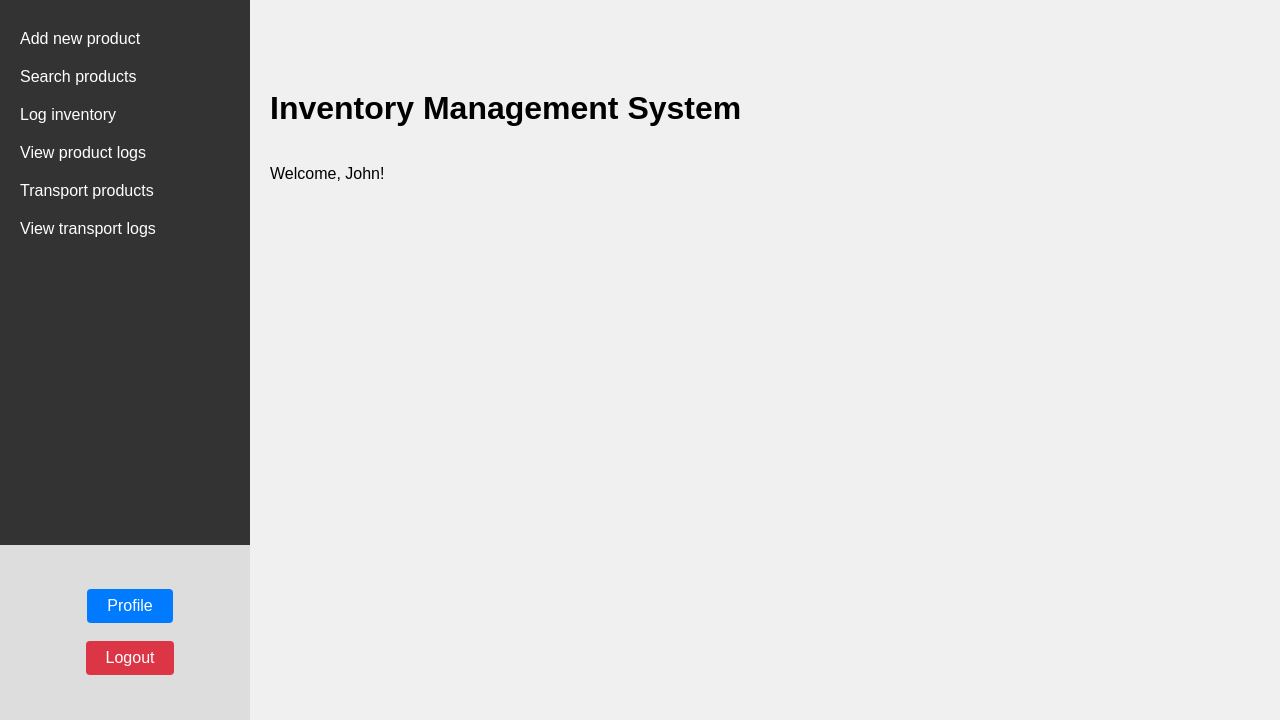
Repository: Warspinix/Flask-Web-Applications
Page: http://localhost/dashboard
The author's editor kept a copy of each file at every save. The page is drawn from the files as they stood at one save, then again after the next save.
The browser window is 1280 px wide. The pictures show the whole page.
The pointer rests on the first visible `.profile-logout a.btn-primary`.
The page is served by the project's application, run on Flask 3 (app.py). The session is filled in as if someone had signed in: {"user_id": 1, "first_name": "John"}.

Above is the page before, as saved 2024-06-13 22:37:53.

### templates/dashboard.html
<!-- dashboard.html -->

<!DOCTYPE html>
<html>

<head>
    <title>Inventory Management System</title>
    <link rel="stylesheet" type="text/css" href="{{ url_for('static', filename='style.css') }}">
</head>

<body>
    <div class="container">
        <!-- Navigation Bar -->
        <nav class="navbar" id="navbar">
            <div class="navbar-container">
                <!-- Functionality list -->
                <ul class="navbar-menu" id="menu">
                    <li><a href="{{ url_for('add_product') }}">Add new product</a></li>
                    <li><a href="{{ url_for('search_products') }}">Search products</a></li>
                    <li><a href="{{ url_for('log_inventory') }}">Log inventory</a></li>
                    <li><a href="{{ url_for('view_product_logs') }}">View product logs</a></li>
                    <li><a href="{{ url_for('transport_products') }}">Transport products</a></li>
                    <li><a href="{{ url_for('view_transport_logs') }}">View transport logs</a></li>
                </ul>

                <div class="profile-logout">
                    <a href="{{ url_for('profile') }}" class="btn btn-primary">Profile</a><br>
                    <a href="{{ url_for('logout') }}" class="btn btn-danger">Logout</a>
                </div>
            </div>
        </nav>
        <div class="content">
            <h1>Inventory Management System</h1>

            <!-- Welcome message -->
            <p>Welcome, {{ first_name }}!</p>
        </div>
    </div>
</body>

</html>

### app.py
from flask import Flask, render_template, redirect, url_for, flash, session
import flask_mysqldb
from flask_wtf import FlaskForm
from wtforms import StringField, PasswordField, SubmitField, IntegerField, SelectField
from wtforms.validators import DataRequired, NumberRange, Optional
import os
import datetime
from flask_bcrypt import Bcrypt

secret_key = os.urandom(24).hex()

app = Flask(__name__)
app.config["SECRET_KEY"] = secret_key
app.config["MYSQL_HOST"] = "localhost"
app.config["MYSQL_USER"] = "root"
app.config["MYSQL_PASSWORD"] = ""
app.config["MYSQL_DB"] = "inventory"

bcrypt = Bcrypt(app)

mysql = flask_mysqldb.MySQL(app)

class RegistrationForm(FlaskForm):
    email = StringField("Email", validators=[DataRequired()])
    first_name = StringField("First Name", validators=[DataRequired()])
    last_name = StringField("Last Name", validators=[DataRequired()])
    password = PasswordField("Password", validators=[DataRequired()])
    submit = SubmitField("Register")

class LoginForm(FlaskForm):
    user_id = StringField("User ID", validators=[DataRequired()])
    password = PasswordField("Password", validators=[DataRequired()])
    submit = SubmitField("Login")

class AddProductForm(FlaskForm):
    product_name = StringField("Product Name", validators=[DataRequired()])
    submit = SubmitField("Add Product")

class SearchForm(FlaskForm):
    search_by = StringField("Search by", validators=[DataRequired()])
    search_term = StringField("Search term", validators=[DataRequired()])
    submit = SubmitField("Search")

class AddToInventoryForm(FlaskForm):
    product_id = StringField("Product ID", validators=[DataRequired()])
    quantity_added = StringField("Quantity to add", validators=[DataRequired()])
    submit = SubmitField("Add to Inventory")

from flask_wtf import FlaskForm
from wtforms import SelectField, StringField, SubmitField
from wtforms.validators import DataRequired, Optional

class ViewProductLogsForm(FlaskForm):
    search_by = SelectField("Search by", choices=[
        ('', 'Select option'),
        ('id', 'Product ID'),
        ('month', 'Month'),
        ('both', 'Both')
    ], validators=[DataRequired()])
    product_id = StringField("Product ID", validators=[Optional()])
    month = SelectField("Select month", choices=[
        ('', 'Select month'),
        ('1', 'January'), ('2', 'February'), ('3', 'March'), ('4', 'April'),
        ('5', 'May'), ('6', 'June'), ('7', 'July'), ('8', 'August'),
        ('9', 'September'), ('10', 'October'), ('11', 'November'), ('12', 'December')
    ], validators=[Optional()])
    submit = SubmitField("View Logs")


class TransportForm(FlaskForm):
    product_id = IntegerField('Product ID', validators=[DataRequired(), NumberRange(min=1)])
    quantity_transported = IntegerField('Quantity to transport', validators=[DataRequired(), NumberRange(min=1)])
    submit = SubmitField('Transport')

class ViewTransportLogsForm(FlaskForm):
    search_by = SelectField("Search by", choices=[('', 'Select option'), ('id', 'Product ID'), ('month', 'Month'), ('both', 'Both')], validators=[DataRequired()])
    product_id = StringField("Product ID", validators=[Optional()])
    month = StringField("Select month", validators=[Optional()])
    submit = SubmitField("View Logs")


@app.route("/")
def index():
    return render_template("index.html")

@app.route("/register", methods=["GET", "POST"])
def register():
    form = RegistrationForm()
    if form.validate_on_submit():
        cur = mysql.connection.cursor()
        cur.execute("SELECT COUNT(*) FROM users")
        count = cur.fetchone()[0] + 1
        user_id = str(datetime.date.today().year) + str(count).zfill(3)
        registration_date = datetime.date.today()
        registration_time = datetime.datetime.now().time()
        hashed_password = bcrypt.generate_password_hash(form.password.data).decode('utf-8')
        cur.execute("INSERT INTO users (id, email, first_name, last_name, password, registration_date, registration_time) VALUES (%s, %s, %s, %s, %s, %s, %s)",
                    (user_id, form.email.data, form.first_name.data, form.last_name.data, hashed_password, registration_date, registration_time))
        mysql.connection.commit()
        # flash("Registration successful! You will be redirected to the home page in 3 seconds.")
        # return render_template("register_success.html")
        return redirect(url_for("index"))
    return render_template("register.html", form=form)

@app.route("/login", methods=["GET", "POST"])
def login():
    form = LoginForm()
    if form.validate_on_submit():
        cur = mysql.connection.cursor()
        print(form.user_id.data)
        print(form.password.data)
        cur.execute("SELECT password, first_name FROM users WHERE email = %s", (form.user_id.data,))
        result = cur.fetchone()
        print(result)
        if result:
            hashed_password = result[0]
            if bcrypt.check_password_hash(hashed_password, form.password.data):
                session['user_id'] = form.user_id.data
                session['first_name'] = result[1]  # Store first name in session
                return redirect(url_for("dashboard"))
            else:
                flash("Invalid user ID or password")
        else:
            flash("Invalid user ID or password")
    return render_template("login.html", form=form)

@app.route("/logout")
def logout():
    session.pop('user_id', None)
    session.pop('first_name', None)
    return redirect(url_for("index"))

@app.route("/dashboard")
def dashboard():
    if 'user_id' not in session:
        return redirect(url_for("login"))
    return render_template("dashboard.html", user_id=session['user_id'], first_name=session['first_name'])

@app.route("/profile")
def profile():
    if 'user_id' not in session:
        return redirect(url_for("login"))
    cur = mysql.connection.cursor()
    cur.execute("SELECT email, first_name, last_name, registration_date FROM users WHERE id = %s", (session['user_id'],))
    result = cur.fetchone()
    if result:
        return render_template("profile.html", email=result[0], first_name=result[1], last_name=result[2], registration_date=result[3])
    else:
        flash("User not found")
        return redirect(url_for("dashboard"))

@app.route("/add_product", methods=["GET", "POST"])
def add_product():
    if 'user_id' not in session:
        return redirect(url_for("login"))
    form = AddProductForm()
    if form.validate_on_submit():
        cur = mysql.connection.cursor()
        cur.execute("INSERT INTO products (name, quantity) VALUES (%s, %s)",
                    (form.product_name.data, 0))
        mysql.connection.commit()
        cur.execute("SELECT id FROM products ORDER BY id DESC LIMIT 1")
        product_id = cur.fetchone()[0]
        flash("Product added successfully! Product ID is " + str(product_id))
    return render_template("add_product.html", form=form, user_id=session['user_id'], first_name=session['first_name'])

@app.route("/search_products", methods=["GET", "POST"])
def search_products():
    if 'user_id' not in session:
        return redirect(url_for("login"))
    form = SearchForm()
    if form.validate_on_submit():
        cur = mysql.connection.cursor()
        if form.search_by.data == "id":
            cur.execute("SELECT * FROM products WHERE id = %s", (form.search_term.data,))
        else:
            cur.execute("SELECT * FROM products WHERE name LIKE %s", ("%" + form.search_term.data + "%",))
        products = cur.fetchall()
        return render_template("search_products.html", form=form, products=products, user_id=session['user_id'], first_name=session['first_name'])
    return render_template("search_products.html", form=form, user_id=session['user_id'], first_name=session['first_name'])

@app.route("/log_inventory", methods=["GET", "POST"])
def log_inventory():
    if 'user_id' not in session:
        return redirect(url_for("login"))
    form = AddToInventoryForm()
    if form.validate_on_submit():
        cur = mysql.connection.cursor()
        cur.execute("SELECT quantity FROM products WHERE id = %s", (form.product_id.data,))
        result = cur.fetchone()
        if result:
            new_quantity = result[0] + int(form.quantity_added.data)
            cur.execute("UPDATE products SET quantity = %s WHERE id = %s", (new_quantity, form.product_id.data))
            mysql.connection.commit()
            cur.execute("INSERT INTO products_log (product_id, quantity_added, log_date, log_time, user_id) VALUES (%s, %s, %s, %s, %s)",
                        (form.product_id.data, form.quantity_added.data, datetime.date.today(), datetime.datetime.now().time(), session['user_id']))
            mysql.connection.commit()
            flash("Inventory updated successfully!")
        else:
            flash("Product not found")
    return render_template("log_inventory.html", form=form, user_id=session['user_id'], first_name=session['first_name'])

@app.route("/view_product_logs", methods=["GET", "POST"])
def view_product_logs():
    if 'user_id' not in session:
        return redirect(url_for("login"))

    form = ViewProductLogsForm()
    product_logs = None

    if form.validate_on_submit():
        search_by = form.search_by.data
        product_id = form.product_id.data
        month = form.month.data

        query = """SELECT pl.product_id, p.name, pl.quantity_added, pl.log_date, pl.log_time,
                          CONCAT(u.first_name, ' ', u.last_name) AS full_name
                   FROM products_log pl
                   JOIN products p ON pl.product_id = p.id
                   JOIN users u ON pl.user_id = u.id"""
        conditions = []
        params = []

        if search_by == 'id':
            conditions.append("pl.product_id = %s")
            params.append(product_id)
        elif search_by == 'month':
            conditions.append("MONTH(pl.log_date) = %s")
            params.append(month)
        elif search_by == 'both':
            conditions.append("pl.product_id = %s AND MONTH(pl.log_date) = %s")
            params.append(product_id)
            params.append(month)

        if conditions:
            query += " WHERE " + " AND ".join(conditions)

        cur = mysql.connection.cursor()
        cur.execute(query, tuple(params))
        product_logs = cur.fetchall()

    return render_template("view_product_logs.html", form=form, product_logs=product_logs, user_id=session['user_id'], first_name=session['first_name'])

@app.route("/transport_products", methods=["GET", "POST"])
def transport_products():
    if 'user_id' not in session:
        return redirect(url_for("login"))
    form = TransportForm()
    if form.validate_on_submit():
        cur = mysql.connection.cursor()
        cur.execute("SELECT quantity FROM products WHERE id = %s", (form.product_id.data,))
        result = cur.fetchone()
        if result:
            current_quantity = result[0]
            if current_quantity >= form.quantity_transported.data:
                new_quantity = current_quantity - form.quantity_transported.data
                cur.execute("UPDATE products SET quantity = %s WHERE id = %s", (new_quantity, form.product_id.data))
                mysql.connection.commit()
                cur.execute("INSERT INTO transports_log (product_id, user_id, quantity_transported, log_date, log_time) VALUES (%s, %s, %s, %s, %s)",
                            (form.product_id.data, session['user_id'], form.quantity_transported.data, datetime.date.today(), datetime.datetime.now().time()))
                mysql.connection.commit()
                flash("Product transported successfully!")
            else:
                flash("Not enough quantity in stock")
        else:
            flash("Product not found")
    return render_template("transport_products.html", form=form, user_id=session['user_id'], first_name=session['first_name'])

@app.route("/view_transport_logs", methods=["GET", "POST"])
def view_transport_logs():
    if 'user_id' not in session:
        return redirect(url_for("login"))
    form = ViewTransportLogsForm()
    transport_logs = None
    if form.validate_on_submit():
        search_by = form.search_by.data
        product_id = form.product_id.data
        month = form.month.data

        query = """SELECT tl.id, tl.product_id, p.name, tl.quantity_transported, tl.log_date, tl.log_time,
                          CONCAT(u.first_name, ' ', u.last_name) AS full_name
                   FROM transports_log tl
                   JOIN products p ON tl.product_id = p.id
                   JOIN users u ON tl.user_id = u.id"""
        params = []

        if search_by == 'id':
            query += " WHERE tl.product_id = %s"
            params.append(product_id)
        elif search_by == 'month':
            query += " WHERE MONTH(tl.log_date) = %s"
            params.append(month)
        elif search_by == 'both':
            query += " WHERE tl.product_id = %s AND MONTH(tl.log_date) = %s"
            params.append(product_id)
            params.append(month)

        cur = mysql.connection.cursor()
        cur.execute(query, tuple(params))
        transport_logs = cur.fetchall()

    return render_template("view_transport_logs.html", form=form, transport_logs=transport_logs, user_id=session['user_id'], first_name=session['first_name'])

if __name__ == "__main__":
    app.run(debug=True)

### static/style.css
/* Reset default styles */
* {
    margin: 0;
    padding: 0;
    box-sizing: border-box;
}

body {
    font-family: Arial, sans-serif;
    background-color: #f0f0f0;
    display: flex;
    flex-direction: column;
    min-height: 100vh;
}

h1 {
    padding-bottom: 1.2em;
}

/* Navigation Bar styles */
.navbar {
    background-color: #333;
    color: #fff;
    position: fixed;
    width: 250px; /* Set the width */
    height: 100%;
    top: 0;
    left: 0;
    z-index: 1000;
    transition: all 0.3s ease;
}

.navbar-container {
    display: flex;
    flex-direction: column;
    height: 100%;
}

.navbar-header {
    display: flex;
    align-items: center;
    justify-content: space-between; /* Adjust spacing */
    margin-bottom: 20px; /* Adjust spacing */
}

.navbar-brand {
    color: #fff;
    text-decoration: none;
    font-size: 1.5rem;
    margin-left: 10px;
}

.navbar-menu {
    list-style-type: none;
    display: flex;
    height: 75svh;
    /* padding: 10px 20px; */
    flex-direction: column;
    margin-top: 20px; /* Push menu items to the bottom */
}

.navbar-menu li {
    margin-right: 0; /* Remove margin */
}

.navbar-menu li a {
    color: #fff;
    text-decoration: none;
}

.navbar-menu li {
    padding: 10px 20px;
    transition: color 0.3s ease;
}

.navbar-menu li:hover {
    background-color: #007bff;
}

/* Profile and logout buttons */
.profile-logout {
    display: flex;
    flex-direction: column;
    background-color: #ddd;
    align-items: center;
    justify-content: center;
    text-align: right;
    padding: 10px 40px;
    height: 25svh;
}

.profile-logout a {
    color: #fff;
    text-decoration: none;
    padding: 8px 20px;
    border-radius: 4px;
    margin-left: 10px;
    transition: background-color 0.3s ease;
}

.profile-logout a.btn {
    color: #fff;
    text-decoration: none;
    padding: 8px 20px;
    border-radius: 4px;
    transition: background-color 0.3s ease;
}

.profile-logout a.btn-primary {
    background-color: #007bff;
}

.profile-logout a.btn-primary:hover {
    background-color: #007bff;
}

.profile-logout a.btn-danger {
    background-color: #dc3545;
}

.profile-logout a.btn-danger:hover {
    background-color: #111;
}


/* Menu toggle button */
.menu-toggle {
    background: none;
    border: none;
    cursor: pointer;
    display: none;
    padding: 5px;
    position: absolute;
    top: 10px;
    right: 10px;
    z-index: 1500;
}

.menu-toggle span {
    background-color: #fff;
    display: block;
    height: 2px;
    margin-bottom: 4px;
    transition: transform 0.2s ease, background-color 0.2s ease;
    width: 20px;
}

.menu-toggle span:nth-child(1) {
    transform: translateY(6px) rotate(45deg);
}

.menu-toggle span:nth-child(2) {
    opacity: 0;
}

.menu-toggle span:nth-child(3) {
    transform: translateY(-6px) rotate(-45deg);
}

@media screen and (max-width: 768px) {
    .navbar {
        width: 250px;
        transform: translateX(-100%);
        transition: transform 0.3s ease;
    }

    .navbar.active {
        transform: translateX(0);
    }

    .navbar-container {
        flex-direction: row;
    }

    .navbar-header {
        margin-bottom: 20px; /* Adjust spacing */
        width: 100%;
        display: flex;
        justify-content: space-between;
    }

    .navbar-brand {
        margin-bottom: 0; /* Adjust spacing */
    }

    .navbar-menu {
        flex-direction: column;
        margin-top: 0;
        width: 100%;
    }

    .navbar-menu.active {
        flex-direction: column;
    }

    .menu-toggle {
        display: block;
    }

    .profile-logout a {
        margin-left: 10px;
        margin-bottom: 0;
    }
}

/* Side Navigation for small screens */
.side-nav {
    position: fixed;
    top: 0;
    left: -250px;
    width: 250px;
    height: 100%;
    background-color: #333;
    transition: all 0.3s ease;
    z-index: 1200;
}

.side-nav.active {
    left: 0;
}

.side-nav ul {
    list-style-type: none;
    padding: 0;
    margin: 20px 0;
}

.side-nav ul li {
    padding: 10px;
    border-bottom: 1px solid #666;
}

.side-nav ul li a {
    color: #fff;
    text-decoration: none;
    display: block;
    transition: all 0.3s ease;
}

.side-nav ul li a:hover {
    background-color: #007bff;
}

/* Content area */
.content {
    margin-left: 250px; /* Width of the side nav */
    margin-top: 70px;
    padding: 20px;
    flex: 1;
}

/* Form styles */
form {
    background-color: #fff;
    padding: 20px;
    border-radius: 8px;
    box-shadow: 0 4px 6px rgba(0, 0, 0, 0.1);
}

form label {
    font-weight: bold;
}

form input[type="number"],
form select {
    padding: 8px;
    margin-top: 5px;
    width: 100%;
    border: 1px solid #ccc;
    border-radius: 4px;
}

form input[type="submit"] {
    background-color: #007bff;
    color: #fff;
    border: none;
    padding: 10px 20px;
    cursor: pointer;
    margin-top: 10px;
    border-radius: 4px;
    transition: background-color 0.3s ease;
}

form input[type="submit"]:hover {
    background-color: #0056b3;
}

/* Table styles */
table {
    width: 100%;
    margin-top: 20px;
    border-collapse: collapse;
    border-radius: 8px;
    overflow: hidden;
    box-shadow: 0 4px 6px rgba(0, 0, 0, 0.1);
}

table th, table td {
    padding: 12px 15px;
    text-align: left;
    border-bottom: 1px solid #ddd;
}

table th {
    background-color: #007bff;
    color: #fff;
}

After the next save:
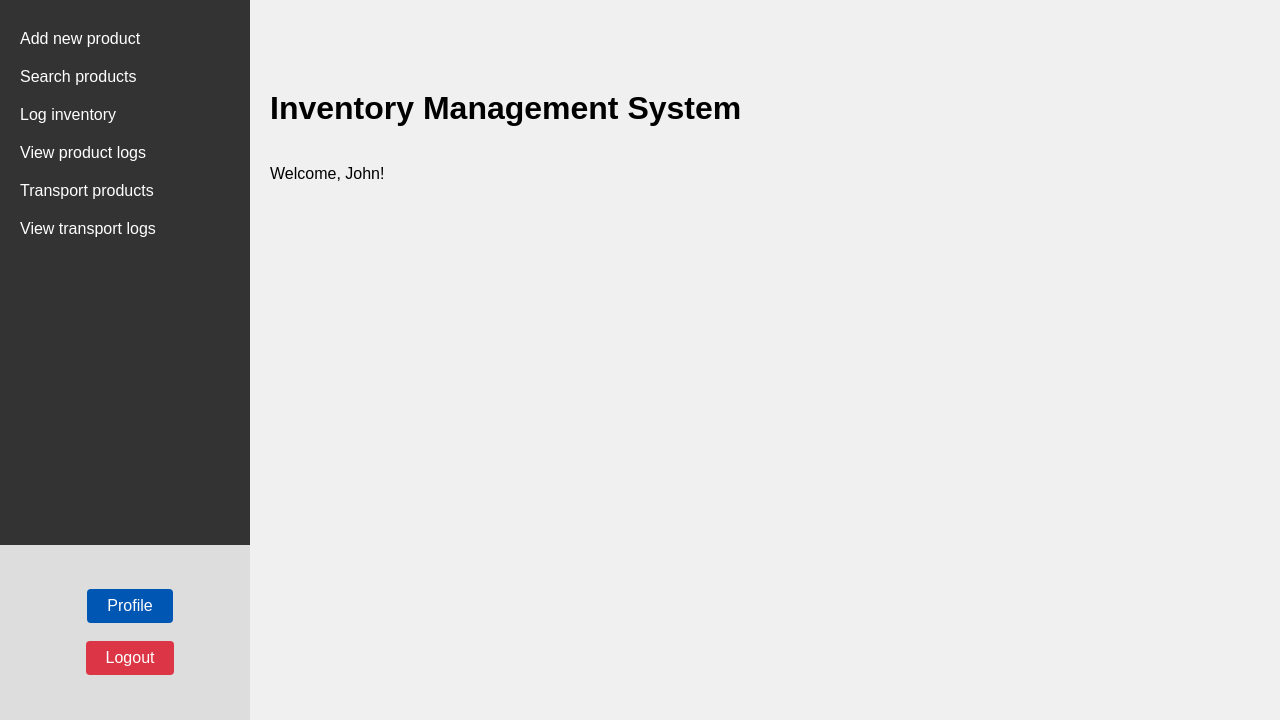
Saved 30 s later.
--- a/static/style.css
+++ b/static/style.css
@@ -111,7 +111,7 @@ h1 {
 }
 
 .profile-logout a.btn-primary:hover {
-    background-color: #007bff;
+    background-color: #0056b3;
 }
 
 .profile-logout a.btn-danger {
